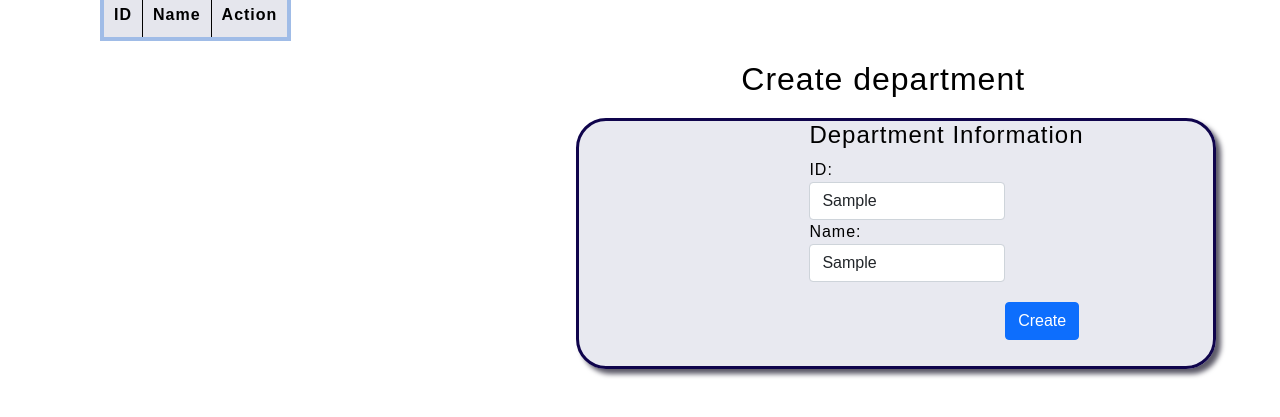
Repository: minhtuan16/JS-Basic
Page: CRUD-Department/department.html
The author's editor kept a copy of each file at every save. The page is drawn from the files as they stood at one save, then again after the next save.
The browser window is 1280 px wide. The pictures show the whole page.
Empty fields were first filled with sample values (such as "Sample", 5 or name@example.com).
After loading, the first visible `#btnSave` was clicked once.

Above is the page before, as saved 2022-06-10 16:26:08.
Console error: ReferenceError: age is not defined

### CRUD-Department/department.html
<!DOCTYPE html>
<html lang="en">
<head>
    <meta charset="UTF-8">
    <meta http-equiv="X-UA-Compatible" content="IE=edge">
    <meta name="viewport" content="width=device-width, initial-scale=1.0">
    <link rel="stylesheet" href="https://cdnjs.cloudflare.com/ajax/libs/font-awesome/4.7.0/css/font-awesome.min.css">
    <link href="https://cdn.jsdelivr.net/npm/bootstrap@5.1.3/dist/css/bootstrap.min.css" rel="stylesheet" integrity="sha384-1BmE4kWBq78iYhFldvKuhfTAU6auU8tT94WrHftjDbrCEXSU1oBoqyl2QvZ6jIW3" crossorigin="anonymous">
    <link rel="stylesheet" href="styles/style.css">
    <link rel="stylesheet" href="styles/search.css">
    <title>Department</title>
</head>
<body>

    <h2>Create department</h2>
    <!--create a form with the following fiels,email, password, first name, last name, age, address, phone, payment, color-->


    <form id="registerForm" class="container">
        <h4>Department Information</h4>
        <div class="control">
            <label>ID:</label>
            <input class="form-control" id="id" type="text" value="" />
        </div>

        <div class="control">
            <label>Name:</label>
            <input class="form-control" id="name" type="text" value="" />
        </div>

        <button type="button" class="btn btn-primary" id="btnSave" onclick="create()">Create</button>

        <button type="button" class="btn btn-primary" id="btnUpdate" onclick="update()" style="display: none;">Save</button>
    </form>

    <div class="search-container">
        <form >
            <input type="text" placeholder="Search..." id="inputt" value="">
            <button type="button" id="searchh" onclick="search()" ><i class="fa fa-search" style="width: 30px;"></i>Tìm</button>
        </form>
    </div>

    <table border="1px">

        <tr>
            <td>ID</td>
            <td>Name</td>
            <td>Action</td>
        </tr>

        <tbody id="tableBody">

        </tbody>
    </table>
    <script src="scripts/department.js"></script>
</body>
</html>

### CRUD-Department/styles/style.css
/* Global */
.control{
    width: 50%;
}
.error{
    border: 2px solid red;
}
html{
    font-family: Verdana, Geneva, Tahoma, sans-serif;
    letter-spacing: 1px;
}
h2{
    text-align: center;
}
body{
    /* background-color: #141E61; */
    color: #000000;
}
/* Nav */
a {
    display: inline-block;
    text-decoration: none;
    color: black;
    padding: 5px;
    background-color: #9498a3;
    vertical-align: middle;
    -webkit-transform: perspective(1px) translateZ(0);
    transform: perspective(1px) translateZ(0);
    box-shadow: 0 0 1px rgba(0, 0, 0, 0);
    position: relative;
}

a:before {
    content: '';
    position: absolute;
    border: #e1e1e1 solid 4px;
    top: 0;
    right: 0;
    bottom: 0;
    left: 0;
    -webkit-transition-duration: 0.3s;
    transition-duration: 0.3s;
    -webkit-transition-property: top, right, bottom, left;
    transition-property: top, right, bottom, left;
}

a:hover:before,
a:focus:before,
.a:active:before {
    top: -8px;
    right: -8px;
    bottom: -8px;
    left: -8px;
}

/* Index */
#sign-in {
    border: #0F044C solid 3px;
    background-color: #1225ee34;
    box-shadow: 5px 5px 5px #0F044C;
    padding-left: 20%;
    padding-bottom: 20%;
    width: 20rem;
    margin-left: 20%;
    border-radius: 30px;
}

/* Register */
.nav-btn {
    margin-left: 20px;
    margin-top: 20px
}

h2 {
    margin-left: 38%;
    margin-top: 60px;
}

#registerForm {
    border: #0F044C solid 3px;
    background-color: #8f92b434;
    box-shadow: 5px 5px 5px #5c5a68;
    padding-left: 18%;
    padding-bottom: 2%;
    width: 50%;
    margin-left: 45%;
    border-radius: 30px;
    margin-top: 20px;
}

#btnSave {
    margin-left: 50%;
    margin-top: 20px;
}

#btnShow {
    margin-left: -80%;
    margin-top: 20px;
}

#btnUpdate {
    margin-left: 50%;
    margin-top: 20px;
}

/* Users */
table {
    border: #a0bce7 4px solid;
    background-color: #8184a734;
    /* margin-top: 50px;
    margin-left: 500px; */
    margin-top: -380px;
    margin-left: 100px;
}

/* h1 {
    margin-top: -450px;
} */
table form input {
    margin-left: 100px;
}

table td {
    border: #000000 1px solid;
    text-align: center;
    font-weight: 900;
    padding: 10px;
}

td {
    font-weight: 100;
    border: #e1e1e1 solid 1px;
    padding: 5px;
}

### CRUD-Department/styles/search.css
* {box-sizing: border-box;}

body {
  margin: 0;
  font-family: Arial, Helvetica, sans-serif;
}

.search-container {
    float: left;
}
.search-container input[type=text] {
    padding: 10px;
    font-size: 17px;
    border: 1px solid grey;
    float: left;
    width: 70%;
    background: #f1f1f1;
}

.search-container button {
    float: left;
    width: 30%;
    padding: 10px;
    background: #2196F3;
    color: white;
    font-size: 17px;
    border: 1px solid grey;
    border-left: none;
    cursor: pointer;
}

.topnav .search-container button:hover {
  background: #ccc;
}

@media screen and (max-width: 600px) {
  .topnav .search-container {
    float: none;
  }
  .topnav a, .topnav input[type=text], .topnav .search-container button {
    float: none;
    display: block;
    text-align: left;
    width: 100%;
    margin: 0;
    padding: 14px;
  }
  .topnav input[type=text] {
    border: 1px solid #ccc;
  }
}

.search-container {
    margin-left: 130px;
    margin-top: -430px;
}

### CRUD-Department/scripts/department.js

var data = [
    {id: 1, name: "department1"},
    {id: 2, name: "department2"},
    {id: 3, name: "department3"}
]

function drawTable(person) {
    var table = document.createElement("table");
    var tr = document.createElement("tr");
    var tdid = document.createElement("td");
    var tdName = document.createElement("td");
    var tdOption = document.createElement("td");

    var editBtn = document.createElement("button");
    var deleteBtn = document.createElement("button");

    editBtn.innerText = 'Edit';
    deleteBtn.innerText = 'Delete';

    tdOption.appendChild(editBtn);
    tdOption.appendChild(deleteBtn);

    //bat su kien edit
    editBtn.onclick = function() {
        editPerson(person.id);
    }

    //bat su kien edit
    deleteBtn.onclick = function() {
        deletePerson(person.id);
    }

    tdid.innerHTML = person.id;
    tdName.innerHTML = person.name;

    tr.appendChild(tdid);
    tr.appendChild(tdName);
    tr.appendChild(tdOption)

    var tableBody = document.getElementById("tableBody");
    tableBody.appendChild(tr);
}

function resetDrawTable(persons) {
    var tableBody = document.getElementById("tableBody");
    tableBody.innerHTML = "";

    for (var i = 0; i < persons.length; i++) {
        drawTable(persons[i]);
    }
}

// resetDrawTable(data)
function create() {

    var id = document.getElementById("id").value;
    var name = document.getElementById("name").value;

    if (id.length > 0 && name.length > 0 ) {
        var p = {id: id, name: name, age: age, address: address};

        data.push(p);

        resetDrawTable(data);

        alert('Create Success');

        document.getElementById("id").value = "";
        document.getElementById("name").value = "";
        document.getElementById("age").value = "";
        document.getElementById("address").value = "";

    } else {
        alert('Dien day du thong tin');
    }
}

function editPerson(id) {
    var index = data.findIndex(x => x.id == id);
    let person = data[index];

    var idIp = document.getElementById("id");
    var nameIp = document.getElementById("name");
    var ageIp = document.getElementById("age");
    var addressIp = document.getElementById("address");

    idIp.value = person.id;
    nameIp.value = person.name;
    ageIp.value = person.age;
    addressIp.value = person.address;

    document.getElementById("btnUpdate").style.display = 'block';
    document.getElementById("btnSave").style.display = 'none';
}

function update() {
    var idIp = document.getElementById("id");
    var nameIp = document.getElementById("name");
    var ageIp = document.getElementById("age");
    var addressIp = document.getElementById("address");

    var id = idIp.value;
    var name = nameIp.value;
    var age = ageIp.value;
    var address = addressIp.value;

    var index = data.findIndex(x => x.id == id);

    if (id.length > 0 && name.length > 0 && age.length > 0 && address.length > 0) {
        data[index] = {id: id, name: name, age: age, address: address};

        resetDrawTable(data);
        alert('Update Success');

        idIp.value = "";
        nameIp.value = "";
        ageIp.value = "";
        addressIp.value = "";

    } else {
        alert('Dien day du thong tin');
    }

    document.getElementById("btnUpdate").style.display = 'none';
    document.getElementById("btnSave").style.display = 'block';
}

function deletePerson(id) {
    var newData = data.filter(x => x.id != id);

    data = newData;

    resetDrawTable(data);
}

function search() {
    var input = document.getElementById("inputt").value;

        if (input.length == null) {

            console.log(data)
            resetDrawTable(data)
        } else if (input.length > 0) {
            var index = data.filter( x => x.name == input );

            data = index;
            // data[index] = {id: id, name: name, age: age, address: address};
            resetDrawTable(data)

        }
}

After the next save:
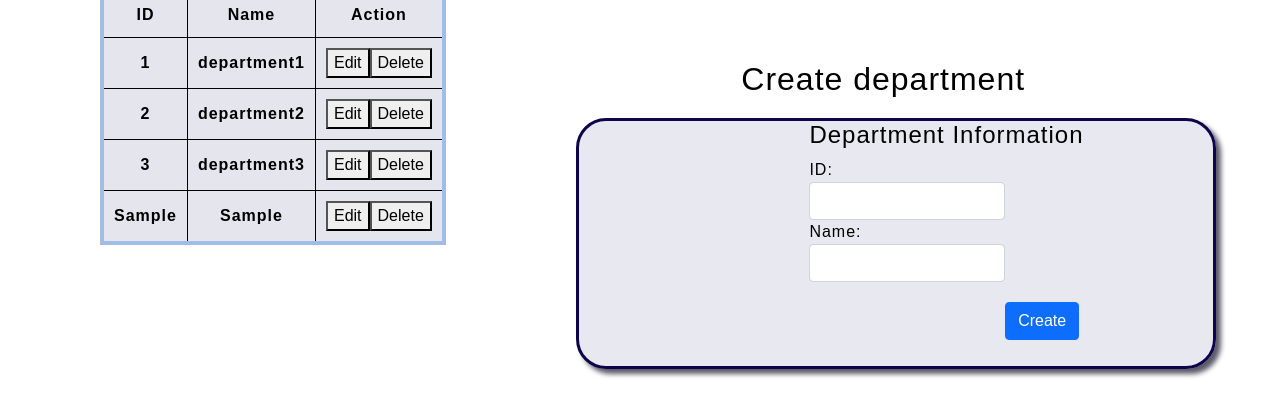
Console error: TypeError: Cannot set properties of null (setting 'value')
Saved 9 s later.
--- a/CRUD-Department/scripts/department.js
+++ b/CRUD-Department/scripts/department.js
@@ -58,7 +58,7 @@ function create() {
     var name = document.getElementById("name").value;
 
     if (id.length > 0 && name.length > 0 ) {
-        var p = {id: id, name: name, age: age, address: address};
+        var p = {id: id, name: name};
 
         data.push(p);
 
@@ -108,7 +108,7 @@ function update() {
     var index = data.findIndex(x => x.id == id);
 
     if (id.length > 0 && name.length > 0 && age.length > 0 && address.length > 0) {
-        data[index] = {id: id, name: name, age: age, address: address};
+        data[index] = {id: id, name: name};
 
         resetDrawTable(data);
         alert('Update Success');
@@ -145,7 +145,7 @@ function search() {
             var index = data.filter( x => x.name == input );
 
             data = index;
-            // data[index] = {id: id, name: name, age: age, address: address};
+            // data[index] = {id: id, name: name};
             resetDrawTable(data)
 
         }
